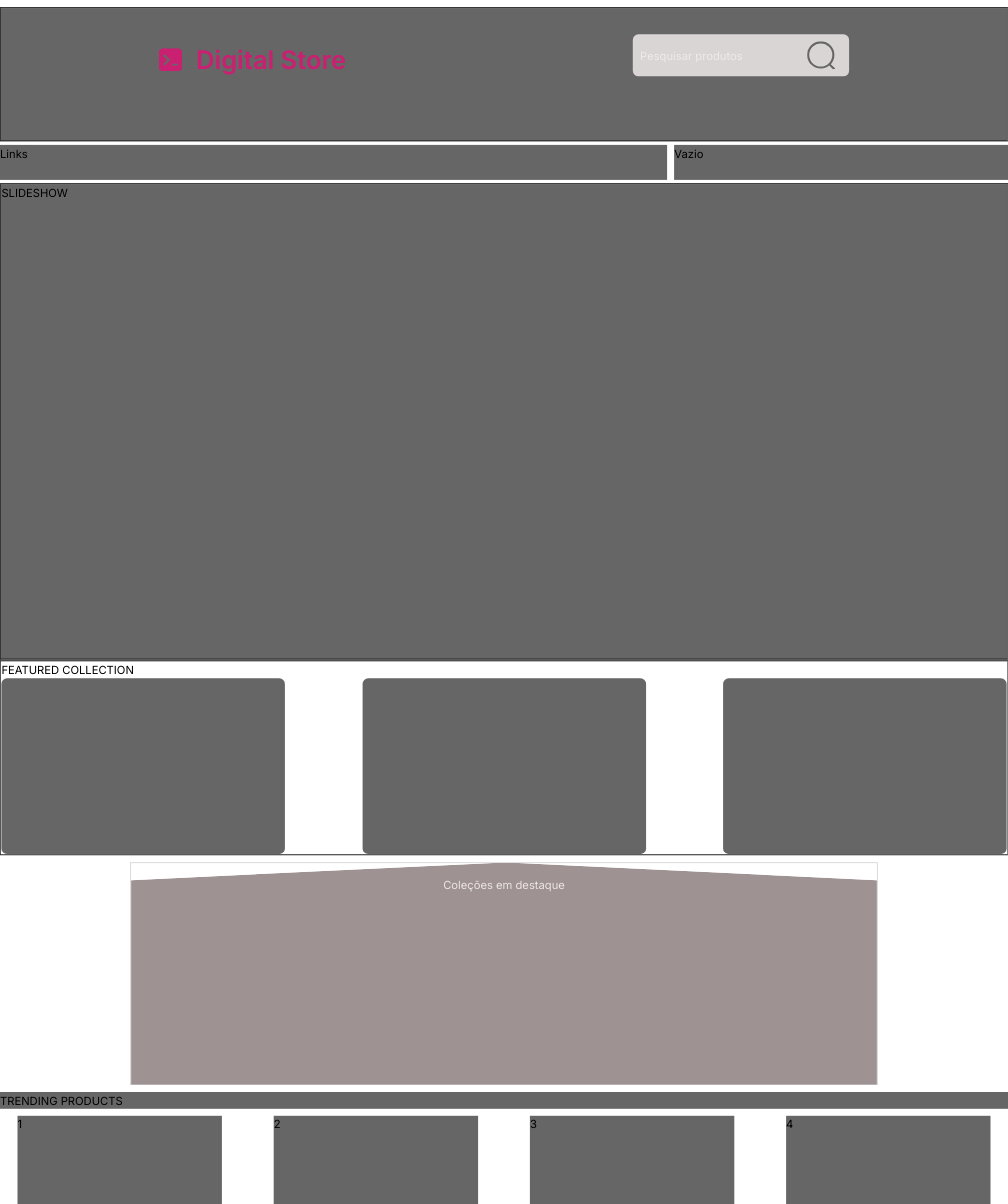
Repository: theophiloweb/landpage_disgital_store
Page: index.html
An editor plug-in stored every save of this project. The page is shown before and after the next save, followed by the edit.
The browser window is 1280 px wide. The page is 1440 px wide, so the pictures cover 1440 px, including what lies to the right of the window. The pictures show the part of the page from y = 0 to 1720 px (the page is 3178 px tall), at 70% of full size.

Above is the page before, as saved 2025-04-24 10:07:23.

### index.html
<!DOCTYPE html>
<html lang="en">

<head>
    <meta charset="UTF-8">
    <meta name="viewport" content="width=device-width, initial-scale=1.0">
    <title>Document</title>
    <script src="https://cdn.jsdelivr.net/npm/@tailwindcss/browser@4"></script>
    <link rel="stylesheet" href="style.css">
    <link rel="shortcut icon" href="./images/logo.svg" type="image/x-icon">
</head>

<body>

    <!-- Container principal  -->
    <div class="container">

        <header>

            <div class="logotipo">

                <div class="logotipo_img">
                    <img src="./images/logo.svg" alt="Logo" />
                </div>
                <div class="logotipo_text">
                    <p>Digital Store</p>
                </div>


            </div>

            <div class="search_bar">

                <div class="search_bar_input">
                    <input type="text" placeholder="Pesquisar produtos" />
                    <img src="./images/search.svg" alt="search" />
                    <button type="submit" class="button_search"></button>
                    <button type="button" class="button_search_clear"></button>
                </div>
            </div>

        </header>

        <nav>
            <p class="nav_links">Links</p>
            <p class="nav_empty">Vazio</p>
        </nav>

        <main>

            <aside>

                <section class="slideshow">
                    <p>SLIDESHOW</p>
                </section>

                <section class="featured_collection">
                    <p>FEATURED COLLECTION</p>
                    <div class="img_featured_collection">
                        <div class="img_featured_collection_img1"></div>
                        <div class="img_featured_collection_img2"></div>
                        <div class="img_featured_collection_img3"></div>
                    </div>
                </section>

                <section class="featured_collection_2">

                    <div class="featured_collection_2_box1">
                        <div class="featured_collection_2_box2">
                            <p>Coleções em destaque</p>
                        </div>
                    </div>


                </section>

                <section class="trending_products">
                    <p>TRENDING PRODUCTS</p>
                    <div class="boxs_trending_products">
                        <div class="box1">1</div>
                        <div class="box2">2</div>
                        <div class="box3">3</div>
                        <div class="box4">4</div>
                        <div class="box5">5</div>
                        <div class="box6">6</div>
                        <div class="box7">7</div>
                        <div class="box8">8</div>
                    </div>
                </section>

                <section class="special_offer">

                    <div class="special_offer_grp_img">
                        <div class="elipse_special_offer">E</div>
                    </div>

                    <div class="special_offer_text">
                        <p>Oferta especial</p>
                        <h2>Air Jordan edição de colecionador</h2>
                        <p>Lorem ipsum dolor sit amet, consectetur adipiscing elit, sed do eiusmod tempor incididunt ut
                            labore et dolore magna aliqua. Ut enim ad minim veniam, quis nostrud exercitation ullamco
                            laboris nisi ut aliquip</p>

                    </div>

                </section>

            </aside>
        </main>
    </div>
    <footer class="footer">

        <div class="logo_footer">Logo Footer</div>

        <div class="links_utils">
            <div class="information">Information</div>
            <div class="categories">Categories</div>
            <div class="contact">Contact</div>
        </div>

    </footer>
</body>

</html>

### style.css
@import url("https://fonts.googleapis.com/css2?family=Inter:ital,opsz,wght@0,14..32,100..900;1,14..32,100..900&family=Oswald:wght@200..700&family=Roboto:ital,wght@0,100..900;1,100..900&display=swap");

:root {
  --color-dark: #1f1f1f;
  --dark-gray-1: #474747;
  --dark-gray-2: #666666;
  --light-gray-1: #8f8f8f;
  --light-gray-2: #cccccc;
  --light-gray-3: #f5f5f5;
  --white: #ffffff;
  --primary: #c92071;
  --secundary: #b5b6f2;
  --tTertiary: #991956;
  --error: #ee4266;
  --success: #52ca76;
  --warning: #f6aa1c;
  --primary-g: linear-gradient(top, #c92071 0%, #edabca 100%);
  --secondary-g: linear-gradient(top, #b5b6f2 0%, #efefff 100%);
  --offset: 40px;
}

* {
  margin: 0;
  padding: 0;
  box-sizing: border-box;
  font-family: "Inter", sans-serif;
}

body {
  width: 100%;
  height: auto;
  display: grid;
  place-items: center;
  grid-template-columns: auto;
  grid-template-rows: auto;
}

.container {
  margin-top: 10px;
  display: grid;
  grid-template-rows: 1fr;
  place-items: center;
  max-width: 1440px;
  gap: 5px;
}

/* Header */
header {
  display: flex;
  gap: 10px;
  justify-content: center;
  border: 2px groove var(--color-dark);
  width: 1440px;
  height: 192px;
  background-color: var(--dark-gray-2);
}

.logotipo {
  display: grid;
  grid-template-columns: 1fr 4fr;
  grid-template-rows: 1fr;
  margin-top: 20px;

}

.logotipo_img {
  margin-top: 37px;
  width: 33px;
  height: 33px;

}

.logotipo_text {
  margin-top: 27px;
  font-size: 36.4px;
  font-family: "Inter";
  font-weight: 600;
  color: rgba(201, 32, 113, 1);
}

.search_bar_input {
  padding: 10px;
  margin-top: 37px;
  margin-left: 400px;
  display: flex;
  gap: 5px;
  background: #dad5d5;
  border-radius: 8px;
  opacity: 9;
  height: 60px;
  color: var(--white);

}

nav {
  width: 1440px;
  height: 50px;
  display: grid;
  gap: 10px;
  grid-template-columns: 2fr 1fr;
}

.nav_links {
  background-color: var(--dark-gray-2);
}

.nav_empty {
  background-color: var(--dark-gray-2);
}

/* Section Central Slideshow */
.slideshow {
  border: 2px groove var(--color-dark);
  width: 1440px;
  height: 681px;
  background-color: var(--dark-gray-2);
}

/* Section Central featured_collection - Image */
.featured_collection {
  border: 2px groove var(--color-dark);
  max-width: 1440px;
}

.img_featured_collection {
  display: flex;

  justify-content: space-between;
}

.img_featured_collection_img1 {
  width: 405px;
  height: 251px;
  border-radius: 8px;
  background-color: var(--dark-gray-2);
}

.img_featured_collection_img2 {
  width: 405px;
  height: 251px;
  border-radius: 8px;
  background-color: var(--dark-gray-2);
}

.img_featured_collection_img3 {
  width: 405px;
  height: 251px;
  border-radius: 8px;
  background-color: var(--dark-gray-2);
}

/* Section Central featured_collection 2 */
.featured_collection_2 {
  display: flex;
  justify-content: center;
  max-width: 1440px;
  margin-top: 10px;
}

.featured_collection_2_box1 {
  width: 1067.5px;
  height: 317.5px;
  position: relative;
  display: flex;
  justify-content: center;
  align-items: center;
  box-sizing: border-box;
  border: 1px solid #ccc;
  margin: 92.5px 0 156px 0 216.5px;
}

.featured_collection_2_box2 {
  width: 1067.5px;
  height: 317.5px;
  border: none;
  border-radius: 0;
  position: relative;
  overflow: hidden;
  background: none;
  -webkit-clip-path: polygon(0% 8%, 50% 0%, 100% 8%, 100% 100%, 0% 100%);
  clip-path: polygon(0% 8%, 50% 0%, 100% 8%, 100% 100%, 0% 100%);
  box-sizing: border-box;
}

.featured_collection_2_box2::before {
  content: "";
  position: absolute;
  top: 0;
  left: 0;
  width: 100%;
  height: 100%;
  background-color: rgb(159, 146, 146);
  -webkit-clip-path: polygon(0% 8%, 50% 0%, 100% 8%, 100% 100%, 0% 100%);
  clip-path: polygon(0% 8%, 50% 0%, 100% 8%, 100% 100%, 0% 100%);
  z-index: 1;
}

.featured_collection_2_box2::after {
  content: "";
  position: absolute;
  top: 2px;
  left: 2px;
  width: calc(100% - 4px);
  height: calc(100% - 4px);
  background-color: transparent;
  -webkit-clip-path: polygon(0% 8%, 50% 0%, 100% 8%, 100% 100%, 0% 100%);
  clip-path: polygon(0% 8%, 50% 0%, 100% 8%, 100% 100%, 0% 100%);
  z-index: 2;
}

.featured_collection_2_box2 p {
  position: relative;
  z-index: 3;
  color: rgb(236, 230, 230);
  padding: 20px;
  text-align: center;
}

/* trending_products */

.trending_products {
  margin-top: 10px;
  display: flex;
  flex-direction: column;
}

.trending_products p {
  background-color: var(--dark-gray-2);
}

.boxs_trending_products {
  margin-top: 10px;
  display: grid;
  grid-template-columns: repeat(4, 1fr);
  grid-template-rows: repeat(2, 1fr);
  gap: 24px;
  justify-items: center;
  align-items: stretch;
}

.boxs_trending_products .box1 {
  background-color: var(--dark-gray-2);
  width: 292px;
  height: 321px;
}

.boxs_trending_products .box2 {
  background-color: var(--dark-gray-2);
  width: 292px;
  height: 321px;
}

.boxs_trending_products .box3 {
  background-color: var(--dark-gray-2);
  width: 292px;
  height: 321px;
}

.boxs_trending_products .box4 {
  background-color: var(--dark-gray-2);
  width: 292px;
  height: 321px;
}

.boxs_trending_products .box5 {
  background-color: var(--dark-gray-2);
  width: 292px;
  height: 321px;
}

.boxs_trending_products .box6 {
  background-color: var(--dark-gray-2);
  width: 292px;
  height: 321px;
}

.boxs_trending_products .box7 {
  background-color: var(--dark-gray-2);
  width: 292px;
  height: 321px;
}

.boxs_trending_products .box8 {
  background-color: var(--dark-gray-2);
  width: 292px;
  height: 321px;
}

/* Section Central special_offer */

.special_offer {
  display: flex;
  gap: 99px;
  justify-content: space-around;
  max-width: 1440px;
  margin-top: 10px;
  background-color: var(--light-gray-2);
  height: 553px;
  flex-shrink: 0;
}

.special_offer_grp_img {
  width: 573px;
  height: 330px;
  /*background: url(./images/Laye\ 1.svg) var(--white) 100% / cover no-repeat; */
  background-color: var(--light-gray-2);
  margin: 32px 0 191px 20px;
}

.elipse_special_offer {
  width: 466px;
  height: 466px;
  flex-shrink: 0;
  border-radius: 466px;
  border: 1px solid #000;
  background: linear-gradient(180deg,
      rgba(66, 0, 255, 0.25) -40.67%,
      rgba(255, 255, 255, 0) 100%);
}

.special_offer_text {
  width: 573px;
  height: 330px;
  background-color: var(--light-gray-2);
  margin-top: 32px;
  margin-right: 159px;
}

.special_offer_text p {
  color: var(--primary, #c92071);
  font-feature-settings: "liga" off, "clig" off;
  font-family: Inter;
  font-size: 14px;
  font-style: normal;
  font-weight: 700;
  line-height: 22px;
  /* 157.143% */
  letter-spacing: 0.75px;
}

.special_offer_text h2 {
  color: var(--dark-gray-2, #474747);
  font-feature-settings: "liga" off, "clig" off;
  font-family: Inter;
  font-size: 48px;
  font-style: normal;
  font-weight: 700;
  line-height: 50px;
  /* 104.167% */
  letter-spacing: 1px;
}

.special_offer_text:last-child p {
  color: var(--dark-gray-2, #474747);
  font-feature-settings: "liga" off, "clig" off;
  font-family: Inter;
  font-size: 16px;
  font-style: normal;
  font-weight: 400;
  line-height: 28px;
  /* 175% */
  letter-spacing: 0.75px;
}

/* Footer */

footer {
  display: flex;
  gap: 205px;
  justify-content: center;
  justify-content: space-around;
  background-color: var(--dark-gray-2);
  width: 1440px;
  height: 454px;
  flex-shrink: 0;
  margin-top: -99px;
}

.logo_footer {
  width: 307px;
  height: 300px;
  background-color: var(--white);
  margin-top: 72px;
}

.links_utils {
  display: flex;
  gap: 10px;
  margin-top: 72px;
}

.information {
  width: 250px;
  height: 300px;
  background-color: var(--white);
}

.categories {
  width: 250px;
  height: 300px;
  background-color: var(--white);
}

.contact {
  width: 250px;
  height: 300px;
  background-color: var(--white);
}

After the next save:
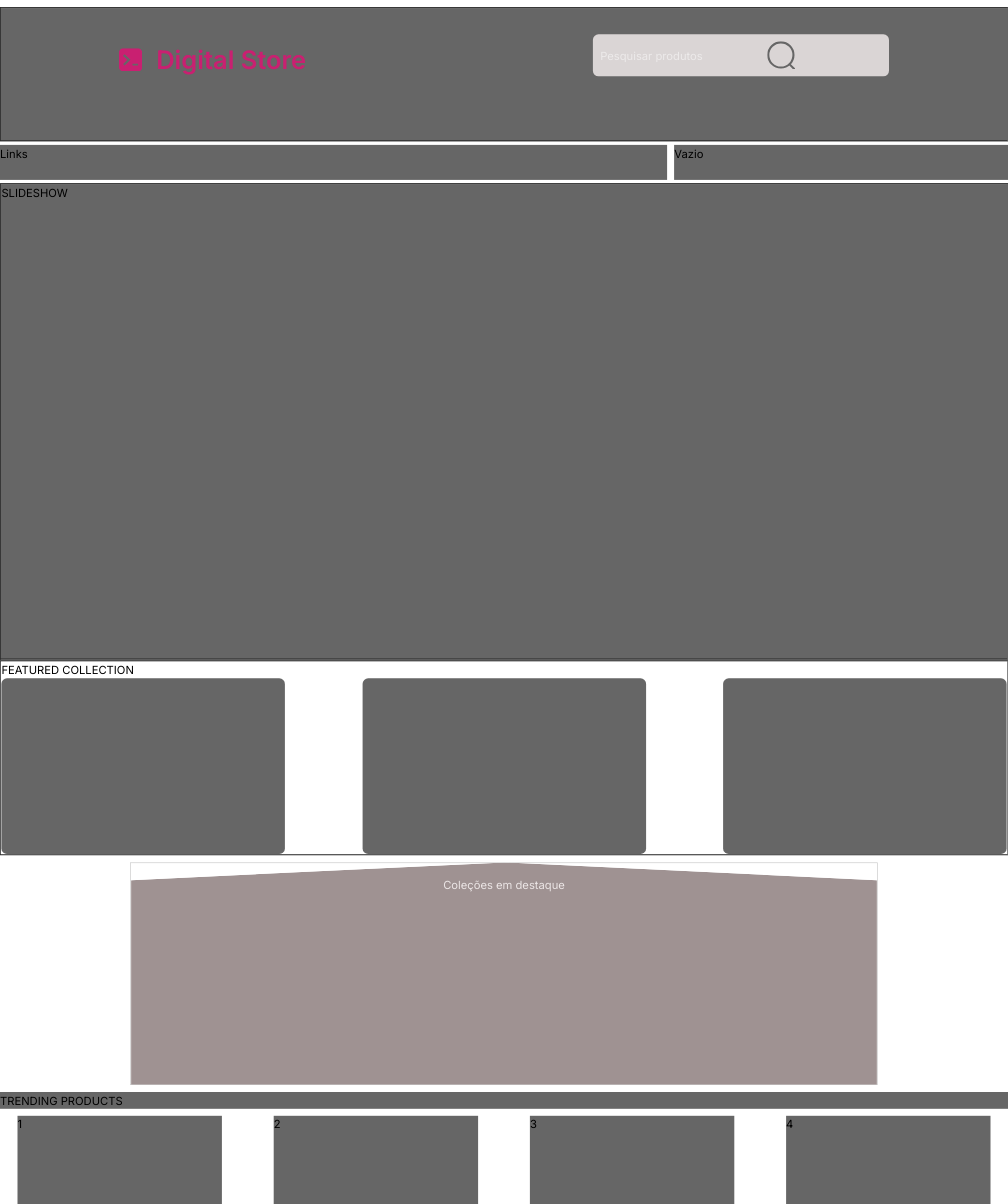
Saved 68 s later.
--- a/index.html
+++ b/index.html
@@ -35,7 +35,7 @@
                     <input type="text" placeholder="Pesquisar produtos" />
                     <img src="./images/search.svg" alt="search" />
                     <button type="submit" class="button_search"></button>
-                    <button type="button" class="button_search_clear"></button>
+                    <button type="button" class="button_login"></button>
                 </div>
             </div>
 
--- a/style.css
+++ b/style.css
@@ -89,6 +89,10 @@ header {
   opacity: 9;
   height: 60px;
   color: var(--white);
+}
+
+.button_login {
+  width: 114px;
 
 }
 
